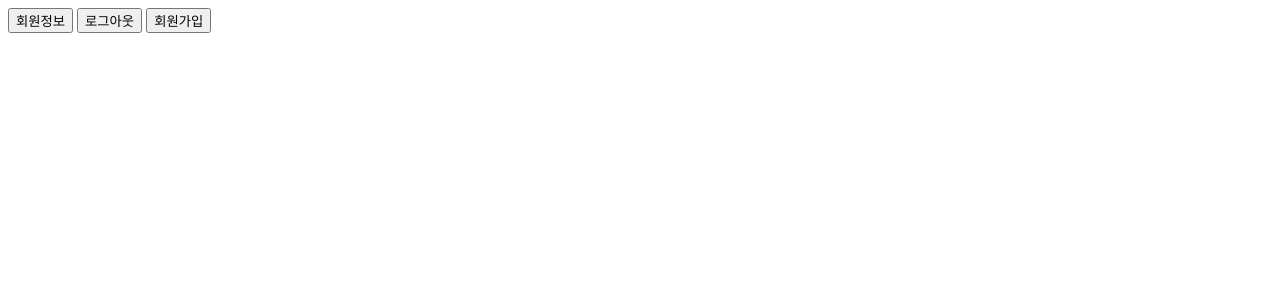
Repository: dnwpdud/WEB_CODES
Page: http://localhost/Homepage_WJO/loginResult.jsp
These files come from the project's save history. The page is drawn as it stood at one moment and after the next save; the edit follows.
The browser window is 1280 px wide. The pictures show the whole page.
The page is served by Tomcat 9.

Above is the page before, as saved 2024-04-03 09:43:19.

After the next save:
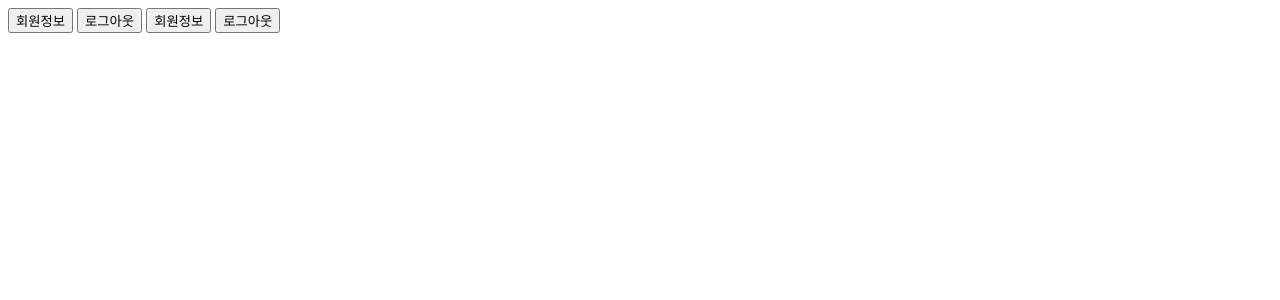
Saved 12 s later.
--- a/Homepage_WJO/src/main/webapp/loginResult.jsp
+++ b/Homepage_WJO/src/main/webapp/loginResult.jsp
@@ -19,6 +19,7 @@
 	 -->
 	<button onclick="location.href='select.do'">회원정보</button>
 	<button onclick="location.href='logout.do'">로그아웃</button>
-	<input type="submit" value="회원가입">
+	<input type="submit" value="회원정보">
+	<input type="submit" value="로그아웃">
 </body>
 </html>
